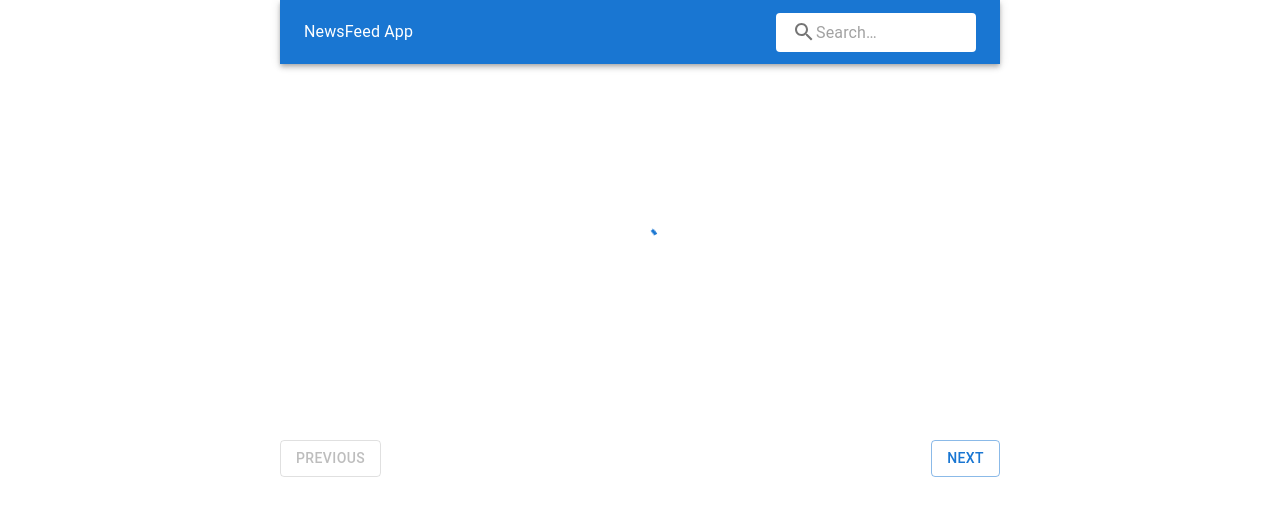
Repository: Baraajad231/News-Feed
Page: /
The author's editor kept a copy of each file at every save. The page is drawn from the files as they stood at one save, then again after the next save.
The browser window is 1280 px wide. The pictures show the whole page.
The page's requests for data from a server got no answer. The project was rebuilt for these pictures with package versions that can differ from the ones it lists, and the page was loaded fresh each time. No one was signed in, and anything a server would have sent is missing. Also part of the build but not shown: vite.config.js, src/components/newsArticle.jsx.

Above is the page before, as saved 2026-03-21 23:33:23.

### index.html
<!doctype html>
<html lang="en">
  <head>
    <meta charset="UTF-8" />
    <link rel="icon" type="image/svg+xml" href="/favicon.svg" />
    <meta name="viewport" content="width=device-width, initial-scale=1.0" />
    <title>vite-project</title>
  </head>
  <body>
    <div id="root"></div>
    <script type="module" src="/src/main.jsx"></script>
  </body>
</html>

### src/index.css
:root {
  font-family: Inter, system-ui, Avenir, Helvetica, Arial, sans-serif;
  line-height: 1.5;
  font-weight: 400;
}

body {
  margin: 0 auto;
  display: flex;
  min-width: 320px;
  max-width: 768px;
  min-height: 100vh;
}

#root {
  width: 100%;
}

### src/App.jsx
import { Button, Container, styled } from "@mui/material";
import NewsFeed from "./components/NewsFeed";
import NewsHeader from "./components/NewsHeader";
import { useEffect, useRef, useState } from "react";
import { debounce } from "lodash";

const Footer = styled("div")(({ theme }) => ({
  margin: theme.spacing(2, 0),
  display: "flex",
  justifyContent: "space-between",
}));

function App() {
  const [articles, setArticles] = useState([]);
  const [isLoading, setIsLoading] = useState(false);
  const pageNumbers = useRef(1);
  const queryValue = useRef("");
  const totalPages = useRef(0);
  const [error, setError] = useState("");

  const loadData = async (q, page) => {
    // const controller = new AbortController();

    const response = await fetch(
      `https://newsapi.org/v2/top-headlines?country=us&q=${q}&page=${page}&pageSize=5&apiKey=${import.meta.env.VITE_NEWS_API_KEY}21`,
    );
    const data = await response.json();
    if (data.status === "error") {
      throw new Error(data.message);
    }
    totalPages.current = Math.ceil(parseInt(data.totalResults) / 5);

    return data?.articles?.map((article) => {
      const { title, description, urlToImage, author, publishedAt } = article;
      return { title, description, author, publishedAt, image: urlToImage };
    });
  };

  const fetchAndUpdateArticles = (qery, page) => {
    setIsLoading(true);
    loadData(qery, page)
      .then((data) => {
        setArticles(data);
        setIsLoading(false);
      })
      .catch((error) => {
        setError(error.message);
      })
      .finally(() => {});
  };

  const debouncedLoadData = debounce((newQuery, newPage) => {
    fetchAndUpdateArticles(newQuery, newPage);
  }, 500);
  // تختصار ل data => setArticles(data)

  useEffect(() => {
    fetchAndUpdateArticles("", 1);
    // eslint-disable-next-line react-hooks/exhaustive-deps
  }, []);

  const searchChangeHandler = (newQuery) => {
    pageNumbers.current = 1;
    queryValue.current = newQuery;
    debouncedLoadData(queryValue.current, pageNumbers.current);
  };

  const handleNextClick = () => {
    pageNumbers.current = pageNumbers.current + 1;
    fetchAndUpdateArticles(queryValue.current, pageNumbers.current);
  };
  const handlePreviousClick = () => {
    pageNumbers.current = pageNumbers.current - 1;
    fetchAndUpdateArticles(queryValue.current, pageNumbers.current);
  };
  // ال disabled ممكن تعمله على ال article.Lingth < page size بحيث انه يوفر
  return (
    <Container>
      <NewsHeader onSearchChange={searchChangeHandler} />
      <NewsFeed articles={articles} loading={isLoading} />
      <Footer>
        <Button
          variant="outlined"
          onClick={handlePreviousClick}
          disabled={pageNumbers.current === 1}
        >
          Previous
        </Button>
        <Button
          variant="outlined"
          onClick={handleNextClick}
          disabled={pageNumbers.current === totalPages.current}
        >
          Next
        </Button>
      </Footer>
    </Container>
  );
}

export default App;

### src/components/NewsFeed.jsx
import { Box, CircularProgress, Typography } from "@mui/material";
import NewsArticle from "./newsArticle";

const NewsFeed = ({ articles, loading }) => {
  if (loading) {
    return (
      <Box
        display="flex"
        justifyContent="center"
        alignItems="center"
        height="50vh"
      >
        <CircularProgress />
      </Box>
    );
  }

  const results = !articles.length ? (
    <Typography align="center" variant="h6" color="textSecondary" marginTop={4}>
      No articles found.
    </Typography>
  ) : (
    articles.map((article) => (
      <NewsArticle {...article} key={crypto.randomUUID()} />
    ))
  );
  return <div>{results}</div>;
};

export default NewsFeed;

### src/components/NewsHeader.jsx
import AppBar from "@mui/material/AppBar";
import Toolbar from "@mui/material/Toolbar";
import Typography from "@mui/material/Typography";
import InputBase from "@mui/material/InputBase";
import SearchIcon from "@mui/icons-material/Search";
import { styled } from "@mui/material/styles";

const Search = styled("div")(({ theme }) => ({
  position: "relative",
  borderRadius: theme.shape.borderRadius,
  backgroundColor: theme.palette.common.white,
  "&:hover": {
    backgroundColor: theme.palette.common.white,
  },
  marginLeft: "auto",
  width: 200,
}));
const SearchIconWrapper = styled("div")(({ theme }) => ({
  padding: theme.spacing(0, 2),
  height: "100%",
  position: "absolute",
  pointerEvents: "none",
  display: "flex",
  alignItems: "center",
  justifyContent: "center",
}));
const StyledInputBase = styled(InputBase)(({ theme }) => ({
  color: theme.palette.text.primary,
  "& .MuiInputBase-input": {
    padding: theme.spacing(1, 1, 1, 5),
    transition: theme.transitions.create("width"),
    width: "100%",
  },
}));

const NewsHeader = ({ onSearchChange }) => {
  const handleShearchChange = (e) => {
    onSearchChange(e.target.value);
  };

  return (
    <AppBar position="static">
      <Toolbar>
        <Typography>NewsFeed App</Typography>
        <Search>
          <SearchIconWrapper>
            <SearchIcon color="action" />
          </SearchIconWrapper>
          <StyledInputBase
            placeholder="Search…"
            inputProps={{ "aria-label": "search" }}
            onChange={handleShearchChange}
          />
        </Search>
      </Toolbar>
    </AppBar>
  );
};

export default NewsHeader;

Loaded but not shown: src/main.jsx (common file)

After the next save:
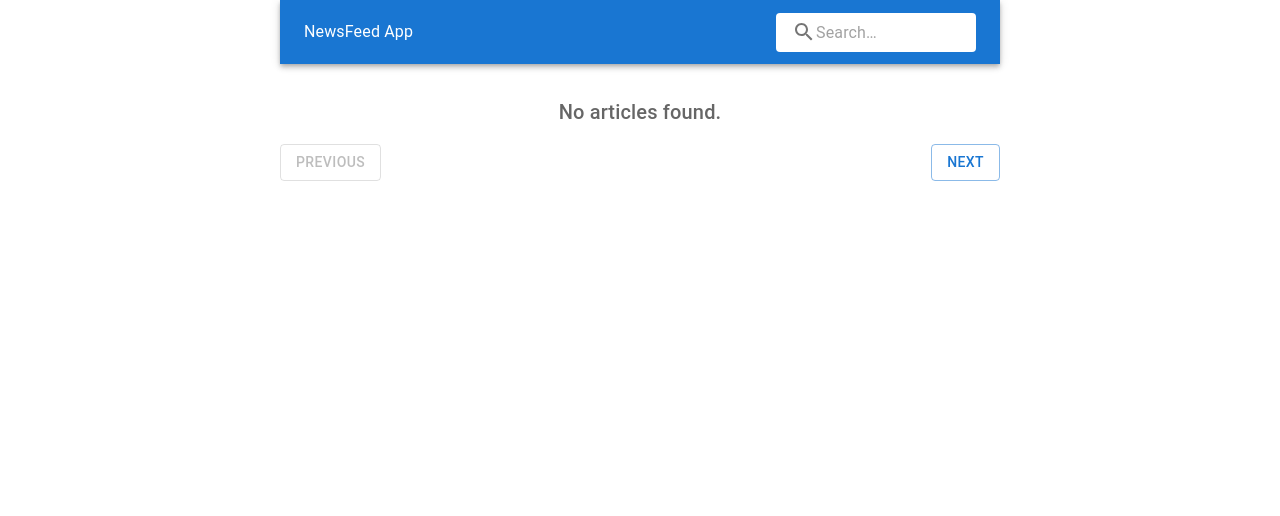
Saved 9 s later.
--- a/src/App.jsx
+++ b/src/App.jsx
@@ -41,12 +41,13 @@
     loadData(qery, page)
       .then((data) => {
         setArticles(data);
-        setIsLoading(false);
       })
       .catch((error) => {
         setError(error.message);
       })
-      .finally(() => {});
+      .finally(() => {
+        setIsLoading(false);
+      });
   };
 
   const debouncedLoadData = debounce((newQuery, newPage) => {
